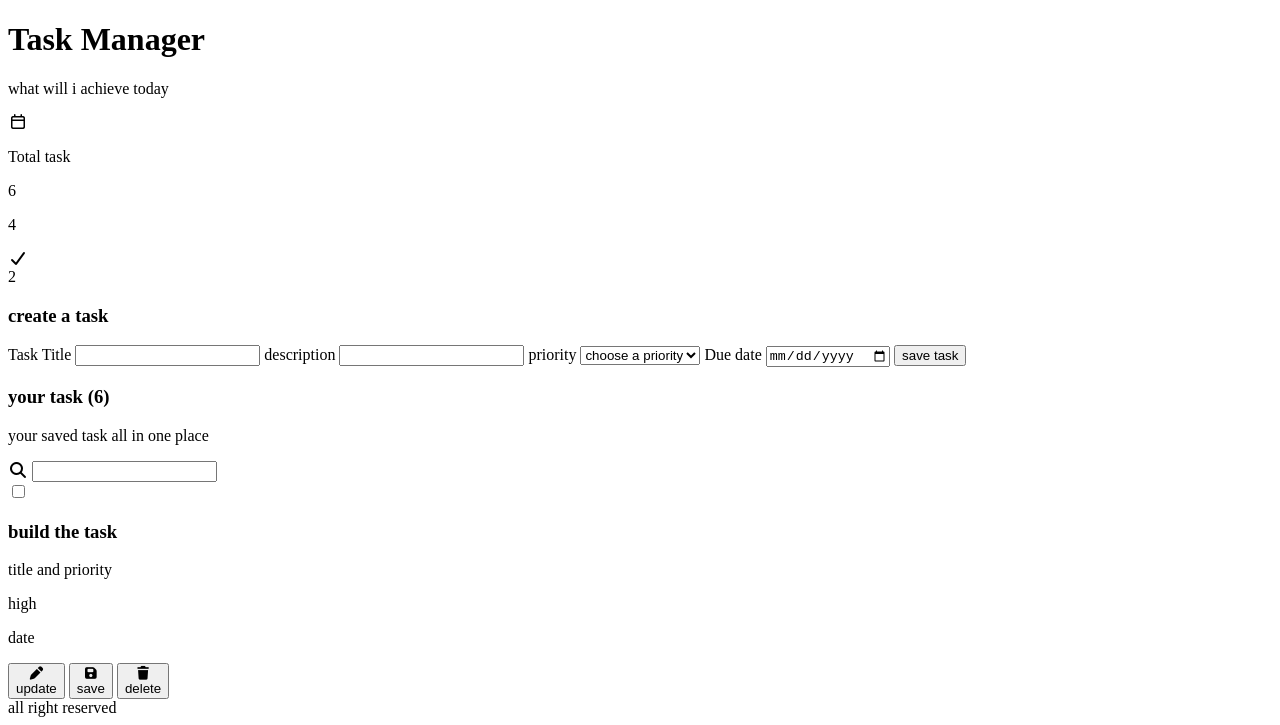
Repository: XDENTERTAINMENT/task-manager-groupwork
Page: index.html
These files come from the project's save history. The page is drawn as it stood at one moment and after a run of saves; the edit follows.
The browser window is 1280 px wide. The pictures show the whole page.

Above is the page before, as saved 2026-10-23 22:13:23.

### index.html
<!DOCTYPE html>
<html lang="en">
<head>
    <meta charset="UTF-8">
    <meta name="viewport" content="width=device-width, initial-scale=1.0">
    <title>Personal-Task-Manager</title>
    <link rel="stylesheet" href="https://cdnjs.cloudflare.com/ajax/libs/font-awesome/7.3.1/css/all.min.css" integrity="sha512-QeR2VH+lsBE5LSAe1Q5EnTBbe7XTBubt8dG93Y7gidSgdMCr8nVqKcfKAMyN96SV8KDbZVTDXChatu5G2KQGzg==" crossorigin="anonymous" referrerpolicy="no-referrer">
</head>
<body>

   <header>
    <h1>Task Manager</h1>
    <p>what will i achieve today</p>
   </header>
    <!-- the main -->
   <main>
    <section class="section1">
        <div>
         <div><i class="fa-regular fa-calendar"></i></div>
         <div>
            <p>Total task</p>
            <p id="total-task">6</p>
         </div>

        </div>

        <div>
        <p id="pending-task"> 4</p>
        </div>

        <div>
        <p  id="completed-task"> <div><i class="fa-solid fa-check"></i></div>2</p>
        </div>
    </section>



    <!-- section 2 -->
    <section  class="section2">

        <!-- the create task section -->
      <div class="create-task">

          <div>
            <h3>create a task</h3>
        </div>
       <form action="submit">

           <label for="title">
             Task Title
            <input type="text"  id="title-input">
           </label>


           <label for="description">
                   description
            <input type="text"  id="description-input">
           </label>

           <label for="priority">

            priority
             <select name="" id="">
                <option value="">choose a priority</option>
                <option value=""> High</option>
                <option value=""> Medium</option>
                <option value="">  low</option>
             </select>
           </label>

           <label for="date">
            Due date
            <input type="date">
           </label>

     <button class="form-button"> save task</button>
       </form>
    <div>




      <!-- task mapping -->

        <div class="task-mapping">

              <h3> your task (6)</h3>
        <p> your saved task all in one place</p>
        <div>
            <i class="fa-solid fa-magnifying-glass"></i>
            <input  type="search">
        </div>



        <!-- the card -->
         <div class="card">
            <input type="checkbox">
            <div>

                <h3> build the task</h3>
                <p>title and priority</p>
                <p id="priority"> high</p></div>
                <p> date</p>


         </div>
<!-- the inline editing -->
         <div>
            <button><div><i class="fa-solid fa-pen"></i></div>update</button>
            <button  class="save"> <div><i class="fa-solid fa-floppy-disk"></i></div>save</button>
            <button class="delete"> <div><i class="fa-solid fa-trash"></i></div>delete</button>

         </div>

        </div>



</div>

    </section>
   </main>

   <!-- the footer -->
   <footer>
    all right reserved
   </footer>
</body>
</html>

After the next 6 saves:
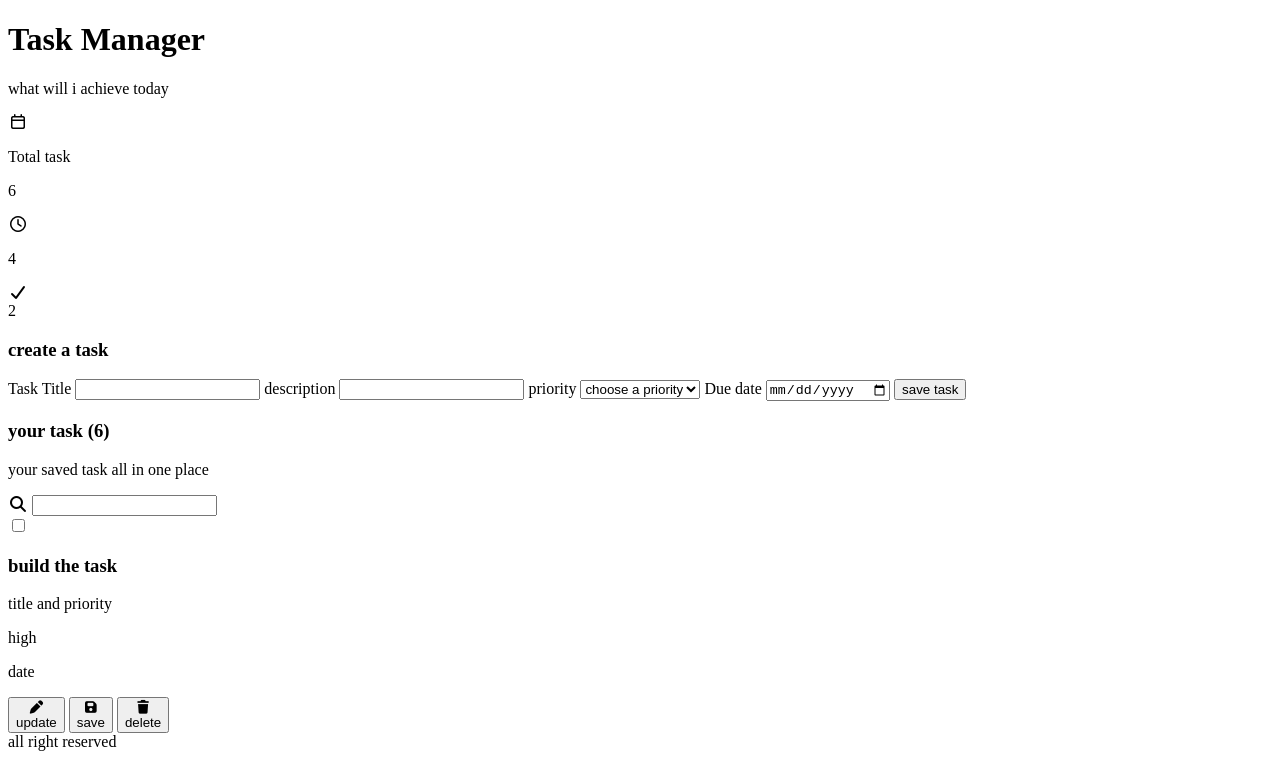
The 6 saves are shown as one change because they came seconds apart.
The last was saved 15 s later.
--- a/index.html
+++ b/index.html
@@ -25,7 +25,11 @@
         </div>
 
         <div>
-        <p id="pending-task"> 4</p>
+            <div> <i class="fa-regular fa-clock"></i></div>
+            <div>
+                <p></p>
+            </div>
+        <p id="pending-task">4</p>
         </div>
 
         <div>
